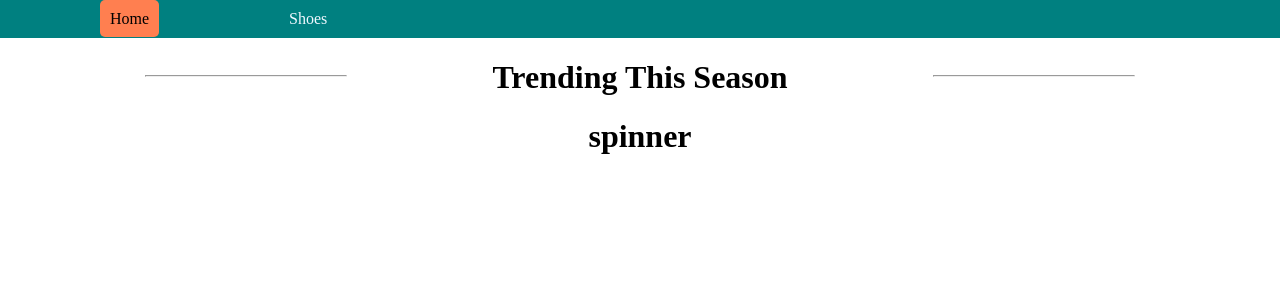
Repository: SalehK98/shop_app
Page: /
An editor plug-in stored every save of this project. The page is shown before and after the next save, followed by the edit.
The browser window is 1280 px wide. The pictures show the whole page.
The page's requests for data from a server got no answer. The project was rebuilt for these pictures with package versions that can differ from the ones it lists, and the page was loaded fresh each time. No one was signed in, and anything a server would have sent is missing. Also part of the build but not shown: src/components/ShoeCard/ShoeCard.jsx, src/pages/Shoes/Shoes.jsx, src/pages/Shoe/Shoe.jsx, src/pages/Error/Error.jsx. Imported but missing from the stored project, and not drawn on this page: src/assets/video/preview.mp4.

Above is the page before, as saved 2023-02-28 11:18:39.

### src/index.css
body {
  margin: 0;
  padding: 0;
  box-sizing: border-box;

  font-family: cursive;
  /* font-family: -apple-system, BlinkMacSystemFont, "Segoe UI", "Roboto", "Oxygen",
    "Ubuntu", "Cantarell", "Fira Sans", "Droid Sans", "Helvetica Neue",
    sans-serif;
  -webkit-font-smoothing: antialiased;
  -moz-osx-font-smoothing: grayscale; */
}

code {
  font-family: source-code-pro, Menlo, Monaco, Consolas, "Courier New",
    monospace;
}

#root {
  margin: 0;
  padding: 0;
}

### src/App.js
import "./App.css";
import { createBrowserRouter, RouterProvider } from "react-router-dom";
import Home from "./pages/Home/Home";
import Shoes from "./pages/Shoes/Shoes";
import Shoe from "./pages/Shoe/Shoe";
import Error from "./pages/Error/Error";
import LayoutWrapper from "./components/LayoutWrapper/LayoutWrapper";

function App() {
  const router = createBrowserRouter([
    {
      path: "",
      element: <LayoutWrapper />,
      errorElement: <Error />,
      children: [
        {
          path: "/",
          element: <Home />,
        },
        {
          path: "shoes",
          element: <Shoes />,
        },
        {
          path: "shoes/:showId",
          element: <Shoe />,
        },
        {
          path: "addShoe",
          element: <Shoes />,
        },
      ],
    },
  ]);
  return (
    <div className="App">
      <RouterProvider router={router} />
    </div>
  );
}

export default App;

### src/App.css
.App {
  text-align: center;
  margin: 0;
  padding: 0;
}

### src/pages/Home/Home.jsx
import React, { useEffect, useRef, useState } from "react";
import preview from "../../assets/video/preview.mp4";
import ShoeCard from "../../components/ShoeCard/ShoeCard";
import fetchData from "../../utilities";

export default function Home() {
  const [data, setData] = useState(null);
  // const video = new VideoPlayer();

  const videoRef = useRef(null);

  const [playing, setPlaying] = useState(false);

  useEffect(() => {
    fetchData().then((res) => {
      setData(res);
      console.log("data", data);
    });
  }, []);

  return (
    <div>
      {/* <video
        onClick={() => {
          console.log("videoRef3", videoRef);
        }}
        onCanPlay={() => {
          console.log("videoRef", videoRef);
          console.log("playing", playing);
          setPlaying(true);
          console.log("videoRef", videoRef);
          console.log("playing", playing);
        }}
        onPlaying={() => {
          console.log("videoRef2", videoRef);
        }}
        // onClick={handleClick}
        // ref={videoRef}
        src={preview}
        autoPlay
        // loop
        // muted
        controls
        width="80%"
        // height="80vh"
        style={{
          boxSizing: "border-box",
          // marginTop: "70px",
          padding: "0",
          zIndex: "-2",
          // position: "relative",
        }}
      /> */}
      {/* {playVideo()} */}
      <h1 style={{ display: "flex", textAlign: "center  " }}>
        <hr width="200px" style={{ height: "0" }} />
        Trending This Season
        <hr width="200px" style={{ height: "0" }} />
      </h1>

      {data ? (
        data.map((el) => {
          return <h1>{el.name}</h1>;
        })
      ) : (
        <h1>spinner</h1>
      )}
      {/* <ShoeCard /> */}
    </div>
  );
}

### src/components/LayoutWrapper/LayoutWrapper.jsx
import React from "react";
import { Outlet } from "react-router";
import NavBar from "../NavBar/NavBar";

export default function LayoutWrapper() {
  return (
    <div>
      <NavBar />
      <Outlet />
    </div>
  );
}

### src/utilities.js
async function fetchData() {
  let data;
  await fetch("https://63fa279abeec322c57ee67b5.mockapi.io/shop/shoe")
    .then((res) => {
      if (!res.ok) {
        throw new Error("response was not ok");
      }
      return res.json();
    })
    .then((results) => {
      data = results;
    })
    .catch((err) => {
      console.log("Error", err);
    });
  console.log("here", data);
  return data;
}

export default fetchData;

### src/components/NavBar/NavBar.jsx
import React from "react";
import { NavLink } from "react-router-dom";
import "./NavBar.module.css";

export default function NavBar() {
  let activeStyle = {
    color: "black",
    backgroundColor: "coral",
    border: "transparent",
    borderRadius: "5px",
  };
  return (
    <nav>
      <ul>
        <li>
          <NavLink
            to="/"
            style={({ isActive }) => (isActive ? activeStyle : undefined)}
          >
            Home
          </NavLink>
        </li>
        <li>
          <NavLink
            to="/shoes"
            style={({ isActive }) => (isActive ? activeStyle : undefined)}
          >
            Shoes
          </NavLink>
        </li>
      </ul>
    </nav>
  );
}

### src/components/NavBar/NavBar.module.css
nav {
  background-color: teal;
}

ul {
  margin: 0;
  list-style: none;
  display: flex;
  position: sticky;
  top: 0;
  left: 0;
}

li {
  margin: 0 50px;
  padding: 10px;
}

ul li a {
  text-decoration: none;
  color: aliceblue;
  padding: 10px;
}

Loaded but not shown: public/index.html (common file); src/index.js (common file); src/reportWebVitals.js (common file)

After the next save:
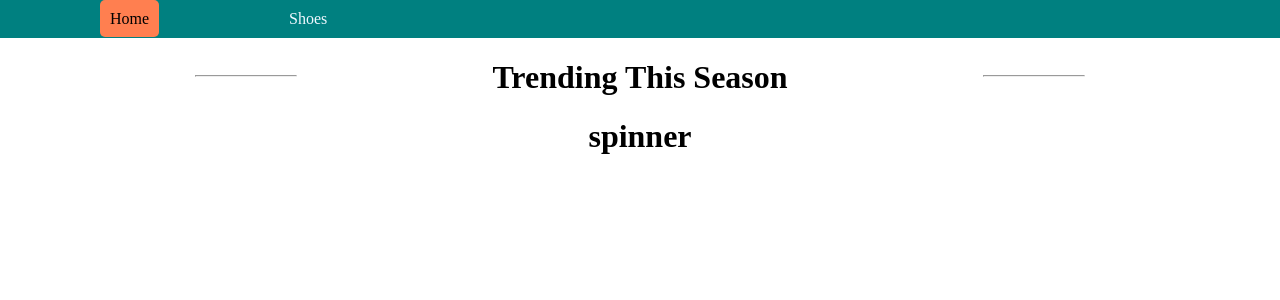
Saved 7 s later.
--- a/src/pages/Home/Home.jsx
+++ b/src/pages/Home/Home.jsx
@@ -53,9 +53,9 @@ export default function Home() {
       /> */}
       {/* {playVideo()} */}
       <h1 style={{ display: "flex", textAlign: "center  " }}>
-        <hr width="200px" style={{ height: "0" }} />
+        <hr width="100px" style={{ height: "0" }} />
         Trending This Season
-        <hr width="200px" style={{ height: "0" }} />
+        <hr width="100px" style={{ height: "0" }} />
       </h1>
 
       {data ? (
